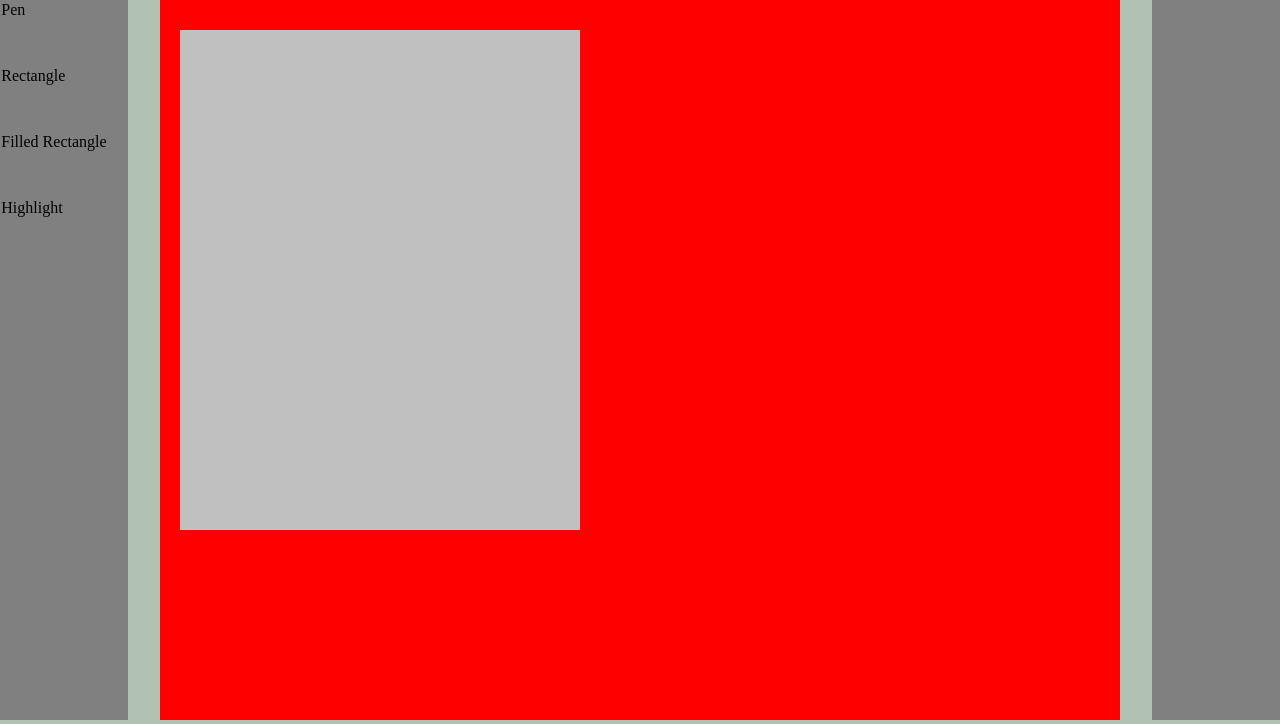
Repository: OrionDevelopers/projectwall
Page: http://localhost/slidePresenter.php
The author's editor kept a copy of each file at every save. The page is drawn from the files as they stood at one save, then again after the next save.
The browser window is 1280 px wide. The pictures show the whole page.
The page is run by PHP 8.4 with error messages shown; the project is at /var/www/html/.

Above is the page before, as saved 2013-04-20 21:35:18.

### slidePresenterPrototype2/presenterPrototype2/slidePresenter.php
<!DOCTYPE html>
<html>
	<head>
		<title>Slide Presenter </title>
		<link href="css/slidePresenter.css" rel="stylesheet"/>
		<script src="js/kinetic-v4.4.1.js" type="text/javascript"></script>
		<script src="js/slidePresenter.js" type="text/javascript"></script>
	</head>
	<body onload="init();">
		<div id='leftToolBar'>
			<div id='penToolButton' class='myButton'>Pen</div>
			<div id='rectTooButton' class='myButton'>Rectangle</div>
			<div id='filledRectToolButton' class='myButton'>Filled Rectangle</div>
			<div id='highlighToolButton' class='myButton'>Highlight</div>
		</div>
		<div id='rightToolBar'></div>
		<div id='container'></div>
	</body>
</html>

### slidePresenterPrototype2/presenterPrototype2/css/slidePresenter.css
*{
	padding:0px;
	margin:0px;
}
body,html{
	height:100%;
	width:100%;
	background-color: #B1C2B3;
}
#leftToolBar{
	float:left;
	height:100%;
	width:10%;
	background-color: gray;

}
#rightToolBar{
	float:right;
	height:100%;
	width:10%;
	background-color: gray;
}
#container{
	height:100%;
	width:75%;
	margin-left:auto;
	margin-right:auto;
	background-color:silver;
	/*overflow: scroll;*/
}
.myButton{
	height:9%;
	width:99%;
	margin:1%;

	/*text-align: center;
	border:1px solid black;
	background-color: #C0C0C0;*/
}
.submenu{
	height:40%;
	width:100%;
	margin-bottom: 8%;
	background-color: #A68A6E;
}
.submenuButton{
	height: 25%;
	width: 100%;
	/*text-align: center;*/
}

### slidePresenterPrototype2/presenterPrototype2/js/slidePresenter.js
var containerReference,containerHeight,containerWidth,stage,slideLayer,drawingLayer;
var isPenToolSelected = false, isRectToolSelected = false,isfilledRectToolSelected = false, isHighlightToolSelected = false;


function init(){   //initialisation
	containerReference = document.getElementById("container");
	containerHeight = containerReference.offsetHeight;
	containerWidth = containerReference.offsetWidth;
	stage = new Kinetic.Stage({
		container: 'container',
		height: containerHeight,
		width: containerWidth
	});
	slideLayer = new Kinetic.Layer();
	drawingLayer = new Kinetic.Layer();
	drawingLayer.on('click',drawingLayerClicked);
	stage.add(slideLayer);
	stage.add(drawingLayer);
	setBackgroundSlide();
	setDrawingSheet('transparent');
}
function setBackgroundSlide(){
	var imgObj = new Image();
	imgObj.src = 'sampleSlide.PNG';
	var slideImg = new Kinetic.Image({
		x:0,
		y:0,
		height:containerHeight,
		width:containerWidth,
		image:imgObj
	});
	slideLayer.add(slideImg);
	slideLayer.draw();
	//var ctx = stage.getContext('2d');
	//slideLayer.draw();
}
function setDrawingSheet(fillStyle){
	var sheet = new Kinetic.Rect({
		x:0,
		y:0,
		height:containerHeight,
		width:containerWidth,
		fill:'red'
		//fill:'transparent'
	});
	ctx = drawingLayer.getContext();
	drawingLayer.add(sheet);
	drawingLayer.draw();
	ctx.clearRect(20,30,400,500);
	//drawingLayer.draw();

}
function drawingLayerClicked(){
	window.alert("hello there");
}

Loaded but not shown: slidePresenterPrototype2/presenterPrototype2/js/kinetic-v4.4.1.js (library)

After the next save:
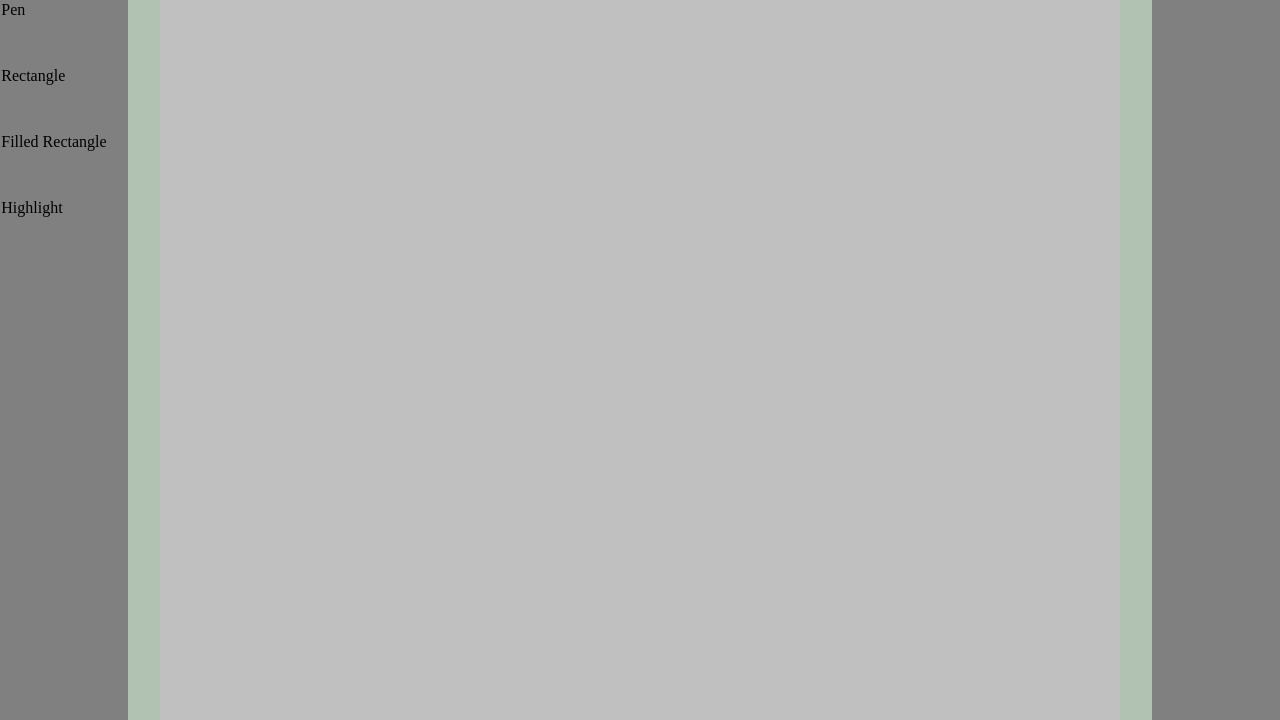
Console error: TypeError: Cannot read properties of null (reading 'getContext')
Saved 20 min 18 s later.
--- a/slidePresenterPrototype2/presenterPrototype2/js/slidePresenter.js
+++ b/slidePresenterPrototype2/presenterPrototype2/js/slidePresenter.js
@@ -1,55 +1,82 @@
-var containerReference,containerHeight,containerWidth,stage,slideLayer,drawingLayer;
-var isPenToolSelected = false, isRectToolSelected = false,isfilledRectToolSelected = false, isHighlightToolSelected = false;
+var canvas, context, helperCanvas, helperContext;
+var isButtonDown = false;
+var isPenToolSelected = true;     // by default penTool is selected
+var isRectangleToolSelected = false;
+var rectOrigin_X, rectOrigin_Y, rectWidth, rectHeight, rectToDraw = false;
+window.addEventListener('load', function() {
+	canvas = document.getElementById("myCanvas");
+	context = canvas.getContext('2d');
 
+	// draw the slide image first;
+	//drawSlideImage();
+	helperCanvas = document.getElementById("helperCanvas");
+	helperContext = helperCanvas.getContext('2d');
+	context.strokeStyle = "black";
+	helperContext.strokeStyle = "black";
+	canvas.addEventListener('mousemove', mouseMoved, false);
+	canvas.addEventListener('mouseup', mouseUp, false);
+	canvas.addEventListener('mousedown', mouseDown, false);
+	canvas.addEventListener('mouseout', mouseLeave, false);
+	helperCanvas.addEventListener('mouseup', helperCanvasMouseUp, false);
+	helperCanvas.addEventListener('mousemove', helperCanvasMouseMove, false);
+	document.getElementById("penToolButton").addEventListener('click',function(){isPenToolSelected = true; isRectangleToolSelected = false;},false);
+	document.getElementById("rectToolButton").addEventListener('click',function(){isPenToolSelected = false; isRectangleToolSelected = true;},false);
+	document.getElementById("saveButton").addEventListener('click',saveCanvas,false);
+}, false);
 
-function init(){   //initialisation
-	containerReference = document.getElementById("container");
-	containerHeight = containerReference.offsetHeight;
-	containerWidth = containerReference.offsetWidth;
-	stage = new Kinetic.Stage({
-		container: 'container',
-		height: containerHeight,
-		width: containerWidth
-	});
-	slideLayer = new Kinetic.Layer();
-	drawingLayer = new Kinetic.Layer();
-	drawingLayer.on('click',drawingLayerClicked);
-	stage.add(slideLayer);
-	stage.add(drawingLayer);
-	setBackgroundSlide();
-	setDrawingSheet('transparent');
+function drawSlideImage(){         // not to be used. Very slow to draw heavy images.....(using background images instead)
+	var img = new Image();
+	img.src="sampleSlide.PNG";
+	context.drawImage(img,0,0,canvas.width,canvas.height);
 }
-function setBackgroundSlide(){
-	var imgObj = new Image();
-	imgObj.src = 'sampleSlide.PNG';
-	var slideImg = new Kinetic.Image({
-		x:0,
-		y:0,
-		height:containerHeight,
-		width:containerWidth,
-		image:imgObj
-	});
-	slideLayer.add(slideImg);
-	slideLayer.draw();
-	//var ctx = stage.getContext('2d');
-	//slideLayer.draw();
+function saveCanvas(e){
+	//document.location.href = canvas.toDataURL('image/png');
+	//Canvas2Image.saveAsPNG(canvas);
+	alert("Cannot save image right now. Function removed by Sumit.");
 }
-function setDrawingSheet(fillStyle){
-	var sheet = new Kinetic.Rect({
-		x:0,
-		y:0,
-		height:containerHeight,
-		width:containerWidth,
-		fill:'red'
-		//fill:'transparent'
-	});
-	ctx = drawingLayer.getContext();
-	drawingLayer.add(sheet);
-	drawingLayer.draw();
-	ctx.clearRect(20,30,400,500);
-	//drawingLayer.draw();
+function mouseLeave(e) {
+	isButtonDown = false;
+}
+
+function mouseMoved(e) {
+	if (isPenToolSelected) {
+		if (isButtonDown) {
+			context.lineTo(e.offsetX, e.offsetY);
+			context.stroke();
+		}
+	}
+}
+
+function mouseDown(e) {
+	isButtonDown = true;
+	if (isPenToolSelected) {
+		context.beginPath();
+		context.moveTo(e.offsetX, e.offsetY);
+		/* use e.layerX for other browsers */
+	}
+	if (isRectangleToolSelected) {
+		rectOrigin_X = e.offsetX;
+		rectOrigin_Y = e.offsetY;
+		rectToDraw = true;
+		helperCanvas.style.visibility = "visible";
+	}
+}
+
+function mouseUp(e) {
+	isButtonDown = false;
 
 }
-function drawingLayerClicked(){
-	window.alert("hello there");
+
+function helperCanvasMouseUp(e) {
+	if (isRectangleToolSelected) {
+		rectWidth = e.offsetX - rectOrigin_X;
+		rectHeight = e.offsetY - rectOrigin_Y;
+		helperCanvas.style.visibility = "hidden";
+		context.strokeRect(rectOrigin_X, rectOrigin_Y, rectWidth, rectHeight);
+	}
 }
+
+function helperCanvasMouseMove(e) {
+	helperContext.clearRect(0, 0, helperCanvas.width, helperCanvas.height);
+	helperContext.strokeRect(rectOrigin_X, rectOrigin_Y, e.offsetX - rectOrigin_X, e.offsetY - rectOrigin_Y);
+}
